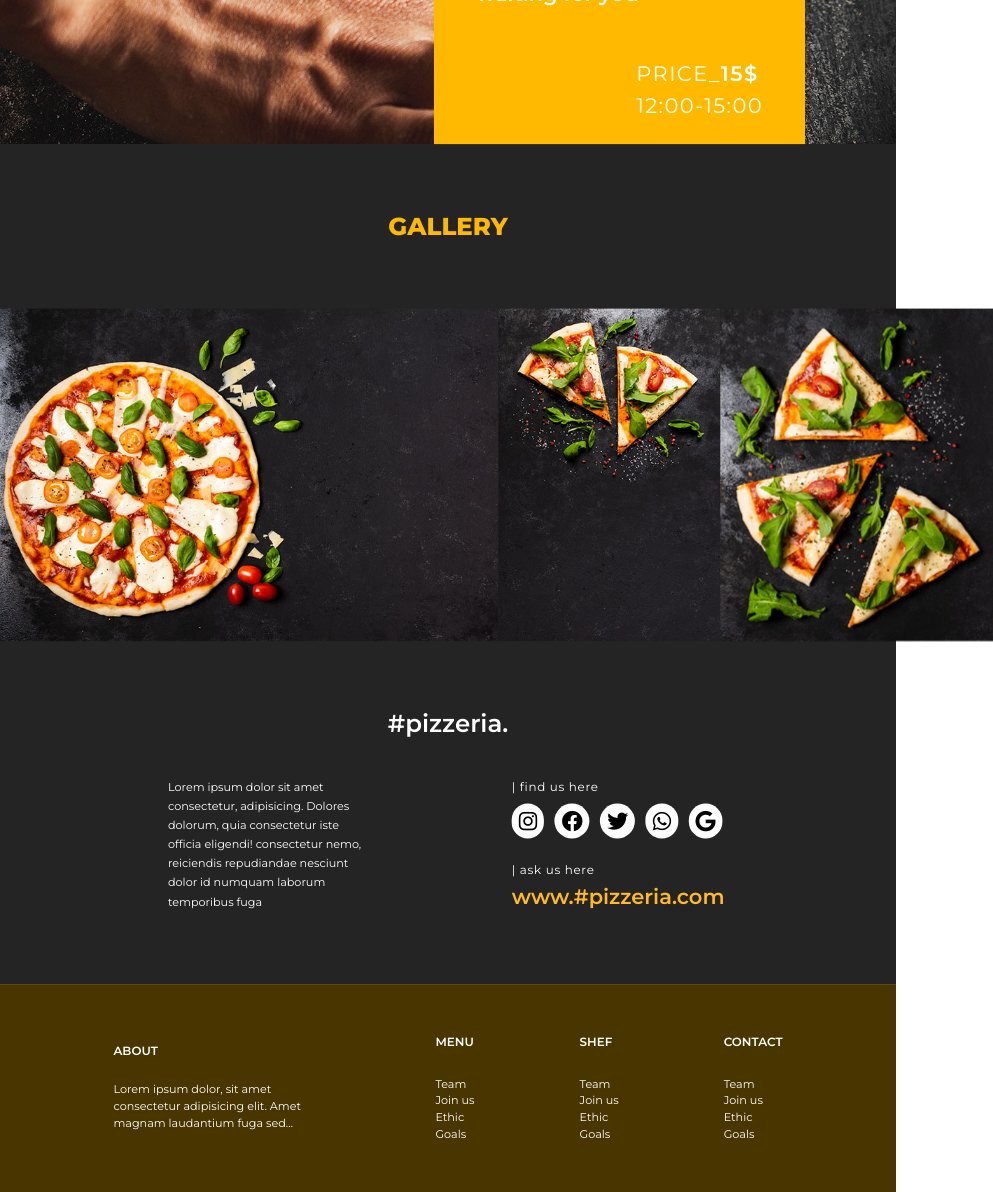
Repository: phu1204/pizzeria.github.io
Page: index.html
The author's editor kept a copy of each file at every save. The page is drawn from the files as they stood at one save, then again after a run of saves.
The browser window is 1280 px wide. The page is 1419 px wide, so the pictures cover 1419 px, including what lies to the right of the window. The pictures show the part of the page from y = 3087 to 4807 px (the page is 4790 px tall before and 4807 px after), at 70% of full size.
The style sheet was rebuilt from its Sass, Less or Tailwind sources for each picture, by a compiler version that may differ from the author's.

Above is the page before, as saved 2021-07-26 20:00:54.

### index.html
<!DOCTYPE html>
<html lang="en">
  <head>
    <meta charset="UTF-8" />
    <meta http-equiv="X-UA-Compatible" content="IE=edge" />
    <meta name="viewport" content="width=device-width, initial-scale=1.0" />
    <title>#pizzeria</title>
    <link rel = "icon" href =
    "images/pizza.png"
            type = "image/x-icon">
    <link rel="preconnect" href="https://fonts.googleapis.com">
    <link rel="preconnect" href="https://fonts.gstatic.com" crossorigin>
    <link href="https://fonts.googleapis.com/css2?family=Montserrat:wght@300;400;600;800&display=swap" rel="stylesheet">
    <link rel="stylesheet" href="https://cdnjs.cloudflare.com/ajax/libs/font-awesome/5.15.3/css/all.min.css">
    <link rel="stylesheet" href="reset.css">
    <link rel="stylesheet" href="style.css">

  </head>
  <body>
      <div class="wrapper">
        <div class="container">
          <header class="header">
             <a href="#" class="header-logo">#pizzeria.</a>
             <nav class="header-menu">
               <ul class="header-list">
                 <li class="header-item"><a href="#menu" class="header-link">Menu</a></li>
                 <li class="header-item"><a href="#blog" class="header-link">Blog</a></li>
                 <li class="header-item"><a href="#about" class="header-link">About us</a></li>
                 <li class="header-item"><a href="#contact" class="header-link">Contacts</a></li>

               </ul>
               <i class="fas fa-times header-times"></i>
             </nav>
             <div class="header-info">
                <button href="" class="header-icon icon-search"><i class="fas fa-search"></i></button>
                <a href="" class="header-icon"><i class="fas fa-user"></i></a>
                <a href="" class="header-icon"><i class="fas fa-shopping-cart"></i></a>
             </div>
             <div class="header-bar">
                <i class="fas fa-bars"></i>
             </div>

             <div class="header-search">
                <input type="text" class="header-input" placeholder="Search">
             </div>
          </header>

          <section class="intro">
            <div class="intro-content">
              <div class="intro-title">
                <span class="intro-name intro--grand">grand</span>
                <span class="intro-name intro--opening">opening</span>
              </div>
              <a href="" class="button intro-button">read more</a>
            </div>
          </section>
        </div>

          <section  class="format">

            <div class="format-top">
                <div class="format-content">
                    <div class="format-title">new format</div>
                    <div class="format-info">
                      <h2 class="format-new">What new?</h2>
                      <ul class="format-list">
                        <li class="format-item">| Sed do eiusmod tempor incididunt ut Labore et</li>
                        <li class="format-item">| Dolore magna aliqua</li>
                        <li class="format-item">| Quis ipsum suspendisse ultrices gravida</li>
                      </ul>
                    </div>
                </div>
                <img src="images/format.png" alt="" class="format-img">
            </div>

            <div class="format-bottom  reveal">
              <div class="format-column">
                <h3 class="format-head">| new format</h3>
                <p class="fotmat-desc text">Lorem ipsum, dolor sit amet consectetur adipisicing elit. Inventore aliquid saepe atque quaerat ipsam tempore, quae perferendis laudantium esse architecto quas sint quia beatae id alias, sed dicta reprehenderit asperiores.</p>
              </div>
              <div class="format-column">
                <h3 class="format-head">|| master classes</h3>
                <p class="fotmat-desc text">Lorem ipsum, dolor sit amet consectetur adipisicing elit. Inventore aliquid saepe atque quaerat ipsam tempore, quae perferendis laudantium esse architecto quas sint quia beatae id alias, sed dicta reprehenderit asperiores.</p>
              </div>
              <div class="format-column">
                <h3 class="format-head">||| pizza restaurant</h3>
                <p class="fotmat-desc text">Lorem ipsum, dolor sit amet consectetur adipisicing elit. Inventore aliquid saepe atque quaerat ipsam tempore, quae perferendis laudantium esse architecto quas sint quia beatae id alias, sed dicta reprehenderit asperiores.</p>
              </div>
            </div>

          </section>

          <section id="menu" class="menu">
            <div class="menu-heading">
              <h2 class="menu-title  reveal">#pizzeria</h2>
              <p class="menu-order  reveal">our new menu</p>
            </div>
            <div class="menu-list  reveal">
              <div class="menu-item">
                <div class="menu-name">
                    <h3 class="menu-name-order"> | pizza bò & gà</h3>
                    <p class="menu-desc">(bò, trứng, xúc xích, trứng cút, bò viên)</p>
                </div>
                <p class="menu-price">10$</p>
              </div>
              <div class="menu-item">
                <div class="menu-name">
                    <h3 class="menu-name-order">| pizza heo sữa</h3>
                    <p class="menu-desc">(bò, trứng, xúc xích)</p>
                </div>
                <p class="menu-price">10$</p>
              </div>
              <div class="menu-item">
                <div class="menu-name">
                    <h3 class="menu-name-order">| pizza gà sốt cay</h3>
                    <p class="menu-desc">(bò, trứng, xúc xích, trứng cút, bò viên)</p>
                </div>
                <p class="menu-price">10$</p>
              </div>
              <div class="menu-item">
               <div class="menu-name">
                    <h3 class="menu-name-order">| pizza bò né</h3>
                    <p class="menu-desc">(bò, trứng, xúc xích)</p>
                </div>
                <p class="menu-price">10$</p>
              </div>
           </div>
           <div class="menu-bottom reveal">
             <p class="menu-hightlight">||| _ top in menu</p>
             <p class="menu-hightlight">||| _ sale iteam</p>
             <p class="menu-hightlight">||| _ made by shef</p>
           </div>

          </section>

          <section id="about"  class="about">
              <div class="about-body">
                <h2 class="about-title reveal">about our <span>concept</span></h2>
                <p class="about-desc text reveal">Lorem ipsum dolor sit amet consectetur adipisicing elit. Ad corporis rerum voluptas, consectetur beatae voluptatum recusandae tempora excepturi, temporibus quo veritatis ratione atque accusantium ea delectus eos harum culpa enim!</p>
                <ul class="about-list reveal">
                  <li class="about-item"><a href="">Pizza</a></li>
                  <li class="about-item"><a href="">Modem concept</a></li>
                  <li class="about-item"><a href="">Story from shef</a></li>
                  <li class="about-item"><a href="">Gallery</a></li>
                </ul>
              </div>
          </section>

          <section id="blog" class="class">
            <div class="class-content">
              <div class="class-name">
                <h1 class="class-caption reveal">masterclass</h1>
              </div>
              <div class="class-body reveal">
                <h2 class="class-heading">| the recipe for the most delicious pizza dough |</h2>
                <p class="class-desc">waiting for you</p>
                <div class="class-price">
                  <p class="class-info">price_<span>15$</span></p>
                  <p class="class-info">12:00-15:00</p>
                </div>
              </div>
                <a href="" class="class-button reveal">apply</a>
            </div>
          </section>

          <section id="contact" class="gallery ">
            <h2 class="gallery-heading reveal">gallery</h2>
            <div class="gallery-img ">
              <img src="./images/pizzaleft.jpg" alt="" class="gallery-img-item reveal">
              <img src="./images/pizzacenter.jpg" alt="" class="gallery-img-item reveal">
              <img src="./images/pizzaright.jpg" alt="" class="gallery-img-item reveal">
            </div>

            <div class="gallery-bottom">
              <h2 class="gallery-title">#pizzeria.</h2>
              <div class="gallery-content">
                <div class="gallery-desc reveal">Lorem ipsum dolor sit amet consectetur, adipisicing. Dolores dolorum, quia consectetur iste officia eligendi! consectetur nemo, reiciendis repudiandae nesciunt dolor id numquam laborum temporibus fuga</div>

              <div class="gallery-contact">
                <div class="gallery-social reveal">
                  <p class="gallery-block">| find us here</p>
                  <div class="gallery-link">
                    <i class="fab fa-instagram"></i>

                    <i class="fab fa-facebook"></i>

                    <i class="fab fa-twitter"></i>

                    <i class="fab fa-whatsapp"></i>

                    <i class="fab fa-google"></i>
                  </div>

                </div>

                <div class="gallery-info reveal">
                  <p class="gallery-block">| ask us here</p>
                  <a href="" class="gallery-web">www.#pizzeria.com</a>

                </div>
              </div>
            </div>
          </div>
          </section>

          <div class="ontop">

          </div>

          <footer id="footer" class="footer ">
            <div class="footer-about footer-repon reveal">
              <h3 class="footer-title">about</h3>
              <p class="footer-desc text">
                Lorem ipsum dolor, sit amet consectetur adipisicing elit. Amet magnam laudantium fuga sed aliquid doloremque quos repellendus quis. Est non laboriosam incidunt recusandae, sed natus dignissimos eaque pariatur culpa esse.
              </p>

            </div>

              <div class="footer-item footer-repon reveal">
                <h3 class="footer-title">menu</h3>

                <ul>
                  <li class="footer-link"><a href="" class="footer-item-link">Team</a></li>
                  <li class="footer-link"><a href="" class="footer-item-link">Join us</a></li>
                  <li class="footer-link"><a href="" class="footer-item-link">Ethic</a></li>
                  <li class="footer-link"><a href="" class="footer-item-link">Goals</a></li>
                </ul>
              </div>

              <div class="footer-item footer-repon reveal">
                <h3 class="footer-title">shef</h3>
                <ul>
                  <li class="footer-link"><a href="" class="footer-item-link">Team</a></li>
                  <li class="footer-link"><a href="" class="footer-item-link">Join us</a></li>
                  <li class="footer-link"><a href="" class="footer-item-link">Ethic</a></li>
                  <li class="footer-link"><a href="" class="footer-item-link">Goals</a></li>
                </ul>
              </div>

              <div class="footer-item footer-repon reveal">
                <h3 class="footer-title">contact</h3>
                <ul>
                  <li class="footer-link"><a href="" class="footer-item-link">Team</a></li>
                  <li class="footer-link"><a href="" class="footer-item-link">Join us</a></li>
                  <li class="footer-link"><a href="" class="footer-item-link">Ethic</a></li>
                  <li class="footer-link"><a href="" class="footer-item-link">Goals</a></li>
                </ul>
              </div>
        </footer>

      </div>
    <script type="text/javascript" src="https://cdnjs.cloudflare.com/ajax/libs/jquery/3.6.0/jquery.min.js"></script>
    <script src="js/main.js"></script>
    <script src="js/search.js"></script>

  </body>
</html>

### reset.css
html,
body,
div,
span,
applet,
object,
iframe,
h1,
h2,
h3,
h4,
h5,
h6,
p,
blockquote,
pre,
a,
abbr,
acronym,
address,
big,
cite,
code,
del,
dfn,
em,
img,
ins,
kbd,
q,
s,
samp,
small,
strike,
strong,
sub,
sup,
tt,
var,
b,
u,
i,
center,
dl,
dt,
dd,
ol,
ul,
li,
fieldset,
form,
label,
legend,
table,
caption,
tbody,
tfoot,
thead,
tr,
th,
td,
article,
aside,
canvas,
details,
embed,
figure,
figcaption,
footer,
header,
hgroup,
menu,
nav,
output,
ruby,
section,
summary,
time,
mark,
audio,
video {
  margin: 0;
  padding: 0;
  border: 0;
  font-size: 100%;
  font: inherit;
  vertical-align: baseline;
}
/* HTML5 display-role reset for older browsers */
article,
aside,
details,
figcaption,
figure,
footer,
header,
hgroup,
menu,
nav,
section {
  display: block;
}
body {
  line-height: 1;
}
ol,
ul {
  list-style: none;
}
blockquote,
q {
  quotes: none;
}
blockquote:before,
blockquote:after,
q:before,
q:after {
  content: "";
  content: none;
}
table {
  border-collapse: collapse;
  border-spacing: 0;
}
*,
*:before,
*:after {
  box-sizing: border-box;
}
/* using rem unit */
html {
  font-size: 62.5%;
}
a {
  text-decoration: none;
  color: white;
}
img {
  display: block;
  max-width: 100%;
}
body {
  font-family: "Montserrat", sans-serif;
  font-size: 16px;
  line-height: 1;
}
input,
button,
textarea,
select {
  outline: none;
  font-family: "Montserrat", sans-serif;
  font-size: 16px;
  line-height: 1;
}
input {
  line-height: normal;
}
button {
  cursor: pointer;
  border: none;
  outline: none;
  background-color: transparent;
}

### style.scss
@import"scss/global";
@import"scss/header";
@import"scss/variables";
@import"scss/intro";
@import"scss/format";
@import"scss/menu";
@import"scss/about";
@import"scss/class";
@import"scss/gallery";
@import"scss/footer";
@import"scss/animation";

### scss/_global.scss
.container{
  background: url(../images/hero-img.jpg) no-repeat center/cover;
  width: 100%;
  margin: 0 auto;
  height: 100vh;
  position: relative;
}

html{
  scroll-behavior: smooth;
}

.wrapper{
  max-width: 100%;

}

.button{
  padding: 20px 40px;
  border: 4px solid #fff;
  font-size: 30px;
  text-transform: uppercase;
  color: white;
  font-weight: 600;
}

.text{
  font-weight: 300;
  font-size: 16px;
  margin-top: 35px;
  line-height: 1.5;
  color: black;
  font-weight: 400;
  display:-webkit-box;
  -webkit-line-clamp:3;
  -webkit-box-orient: vertical;
  overflow: hidden;
  text-overflow: ellipsis;
  word-break: break-word;
}

@media screen and (max-width: 1279px) {
  .container {

      background-position: top;
      height: 960px;
  }
}

@media screen and (max-width: 1023px) {
  .container {
    background-position: top;
    height: 960px;
}
}

@media screen and (max-width: 767px) {
  .container {
    background-size: auto 800px;
    background-position: center;
    height: 800px;
    background-color: #242424;
}
}


.reveal{
  opacity: 0;
  transform: translateY(100%);
  transition: all 0.4s linear;
}

.reveal.active{
  opacity: 1;
  transform: translateY(0);
  transition: all 0.3s linear;
  // .gallery-title::before{
  //     display: none;
  // }
}

### scss/_variables.scss
$black-gray: #242424;

### scss/_intro.scss
.intro{
    background-color: #ffba00;
    height: 200px;
    position: absolute;
    top: 50%;
    left: 50%;
    transform: translate(-50%,-50%);
    width: 100%;
    display: flex;
    align-items: center;
    padding: 0 10px;
    &-content{
        width: 1200px;
        margin: 0 auto;
        display: flex;
        justify-content: space-between;
        align-items: center;
        padding-top: 75px;
    }
    &--grand{
        animation: lefttoright 0.5s linear;
    }
    &--opening{
        animation: righttoleft 0.5s linear;
    }
    &-name{
        display: block;
        text-transform: uppercase;
        font-size: 130px;
        color: white;
        letter-spacing: 10px;
    }
    &-name:first-child{
        font-weight: 800;
    }
    &-name:last-child{
        font-weight: 200;
    }

    &-button{
        margin-top: 130px;
        background-color: #ffba00;
        animation: bottotop 0.5s linear;
    }

    @media screen and (max-width: 1279px) {
        height: 150px;
        &-content{
            flex-direction: column;
            transform: translateY(130px)
        }
        &-name {
            font-size: 90px;
            width: fit-content;
        }

        &-title {
            width: 100%;
        }

        &-name:last-child{
            margin-left: auto;
        }

        &-button{
            margin-top: 200px;

        }
    }

    @media screen and (max-width: 1023px) {
        height: 120px;
       &-name{
           font-size: 60px;
       }

       &-button{
           margin-top: 170px;
           padding: 15px 30px;
           font-size: 23px;
       }

       &-content{
            transform: translateY(105px)
       }
    }

    @media screen and (max-width: 767px) {
        height: 100px;
       &-name{
           font-size: 50px;
           letter-spacing: 3px;
       }

       &-content{
        transform: translateY(100px)
       }

       &-button{
           padding: 15px 30px;
           font-size: 23px;
           margin-top: 170px;
       }
    }


}

### scss/_about.scss
.about{
    padding: 120px 20px;
    display: flex;
    flex-direction: column;
    justify-content: center;
    align-items: center;
    text-align: center;
    background-color: #242424;
    max-width: 100%;
    &-body{
        width: 700px;
    }
    &-title{
        margin-bottom: 40px;
        font-size: 35px;
        text-transform: uppercase;
        color: #ffba00;
        span{
            font-weight: 800;

        }
    }

    &-desc{
        margin-bottom: 30px;
        font-weight: 200;
        line-height: 1.7;
        display:-webkit-box;
        -webkit-line-clamp:2;
        -webkit-box-orient: vertical;
        overflow: hidden;
        text-overflow: ellipsis;
        word-break: break-word;
        color: white;
        letter-spacing: 1px;
    }

    &-list{
        display: flex;
        align-items: center;
        justify-content: center;
    }

    &-item{
        margin: 0 10px;
        font-size: 14px;
        font-weight: 600;
    }
    @media screen and (max-width: 767px) {
        padding: 100px 20px;
        &-body{
            max-width: 100%;
        }
        &-item{
            font-size: 10px;
        }

    }

}

### scss/_class.scss
.class{
    background: url(../images/class.jpg) no-repeat center/cover;
    width: 100%;
    margin: 0 auto;
    height: 100vh;
    position: relative;
    padding: 80px 130px 140px 0;
    color: white;
    &-content{
        display:flex;
        flex-direction:column;
        width: 530px;
        margin-left: auto;
    }
    &-name{
        margin-bottom: 80px;
    }
    &-caption{
        text-transform: uppercase;
        font-weight: 600;
        font-size: 30px;
        text-align: right;
    }
    &-body{
        padding: 100px 60px 65px;
        background-color: #ffba00;
    }
    &-heading{
        font-size: 40px;
        font-weight: 600;
        line-height: 1;
        text-transform: uppercase;
        margin-bottom: 40px;
    }

    &-desc{
        font-size: 30px;
        font-weight: 600;
        margin-bottom: 85px;
    }

    &-price{
        width: fit-content;
        text-transform: uppercase;
        font-size: 30px;
        margin-left: auto;
        letter-spacing: 2px;
        span{
            font-weight: 600;
        }
    }
    &-info:first-child{
        margin-bottom: 15px;
    }

    &-body{
        margin-bottom: 40px;
    }

    &-button{
        padding: 50px 30px 20px;
        background-color: #ffba00;
        width: 85%;
        margin-left: auto;
        font-size: 32px;
        text-transform: uppercase;
        font-weight: 600;
    }

    @media screen and (max-width: 1279px) {
        height: 75vh;
    }

    @media screen and (max-width: 767px) {
        padding-right: 0;
        height: 100vh;
        &-content{
            width: 100%;
        }
        &-name{
            padding-right: 10px;
        }
        &-heading{
            font-size: 28px;
        }
        &-body{
            padding: 50px 35px;
        }
        &-button{
            width: 60%;
            padding-top: 30px;
            font-size: 25px;
        }
        &-desc{
            font-size: 25px;
        }
        &-price{
            font-size: 25px;
        }
    }

}

### scss/_footer.scss
.footer {
  padding: 70px 100px;
  color: white;
  display: flex;
  align-items: center;
  justify-content: center;
  background-color: #483500;
  max-width: 100%;
  flex-wrap: wrap;

  &-about{
      width: 280px;
      margin-right: 180px;
  }

  &-item:not(:last-child){
      margin-right: 150px;
  }
  &-item{
      line-height: 1.5;
  }

  &-desc{
      color: white;
      line-height: 1.5;
  }

  &-title{
      margin-bottom: 35px;
      font-size: 17px;
      font-weight: 600;
      text-transform: uppercase;
  }
  @media screen and (max-width: 767px) {
      padding: 0 0 0 10px;
    //   gap: 10px;
    &-title {
        margin-bottom: 10px;
    }
    &-repon{
        flex: 1 1 50%;
        width: 100%;
        padding: 10px;
    }
    &-about{
        margin-right: 0;
    }
    &-item:not(:last-child){
        margin-right: 0;
    }
  }

}

### scss/_animation.scss
@keyframes lefttoright{
    from{
        opacity: 0;
        transform: translateX(-100%);
    }
    to{
        opacity: 1;
        transform: translateX(0);
     }
}

@keyframes righttoleft{
    from{
        opacity: 0;
        transform: translateX(100%);
    }
    to{
        opacity: 1;
        transform: translateX(0);
     }
}

@keyframes bottotop{
    from{
        opacity: 0;
        transform: translateY(100%);
    }
    to{
        opacity: 1;
        transform: translateX(0);
     }
}

@keyframes toptobot{
    from{
        opacity: 0;
        transform: translateY(-200%);
    }
    to{
        opacity: 1;
        transform: translateX(0);
     }
}

@keyframes fadeOut{
    from{
        opacity: 0;
        transform: scale(1);
    }
    to{
        opacity: 1;
        transform: scale(0);
     }
}

Loaded but not shown: js/main.js (61 lines, source omitted); js/search.js (6 lines, source omitted); scss/_header.scss (199 lines, source omitted); scss/_format.scss (210 lines, source omitted); scss/_menu.scss (215 lines, source omitted); scss/_gallery.scss (165 lines, source omitted)

After the next 3 saves:
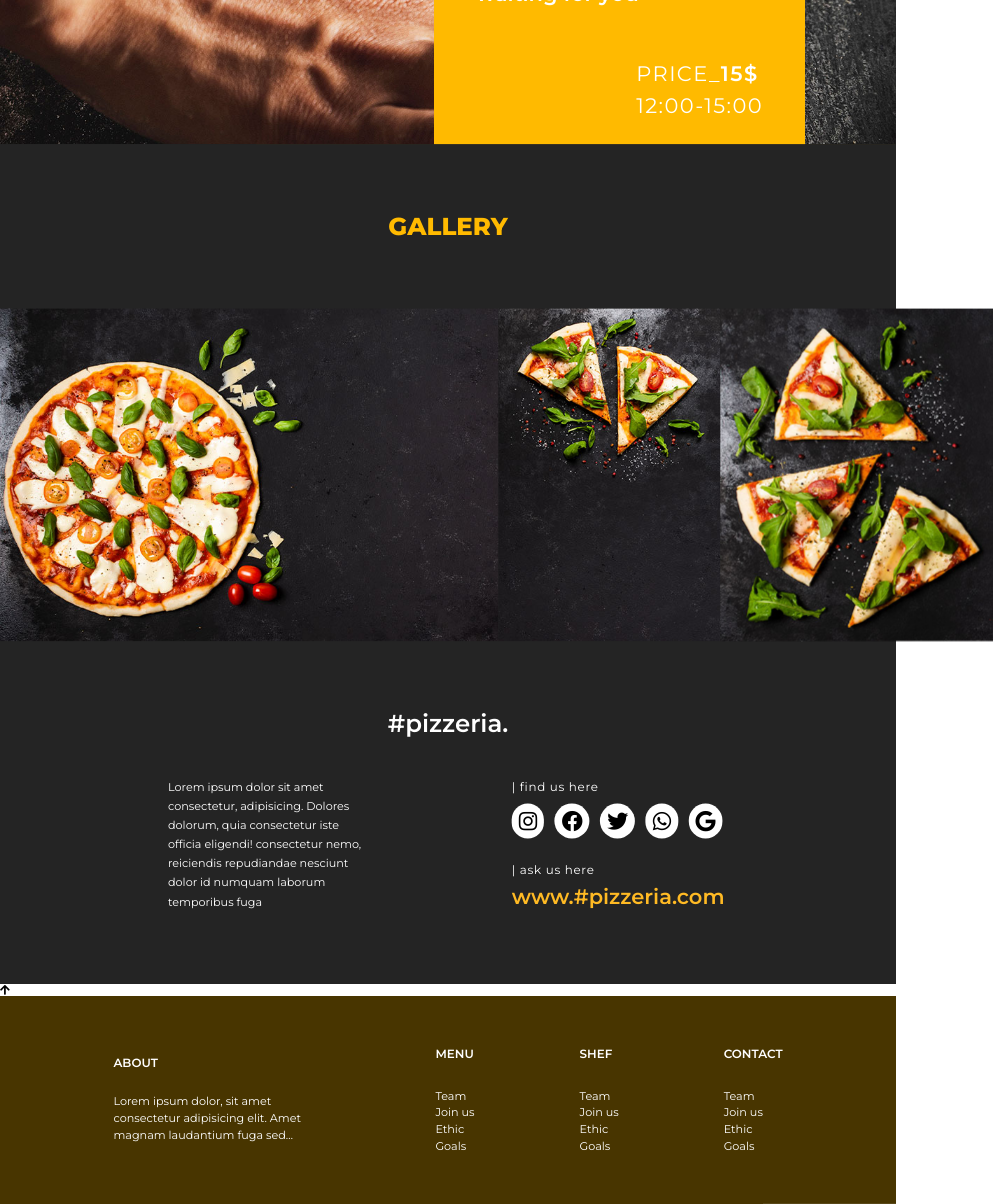
The 3 saves are shown as one change because they came seconds apart.
The last was saved 5 min 49 s later.
--- a/index.html
+++ b/index.html
@@ -204,7 +204,7 @@
           </section>
 
           <div class="ontop">
-
+            <i class="fas fa-arrow-up"></i>
           </div>
 
           <footer id="footer" class="footer ">
